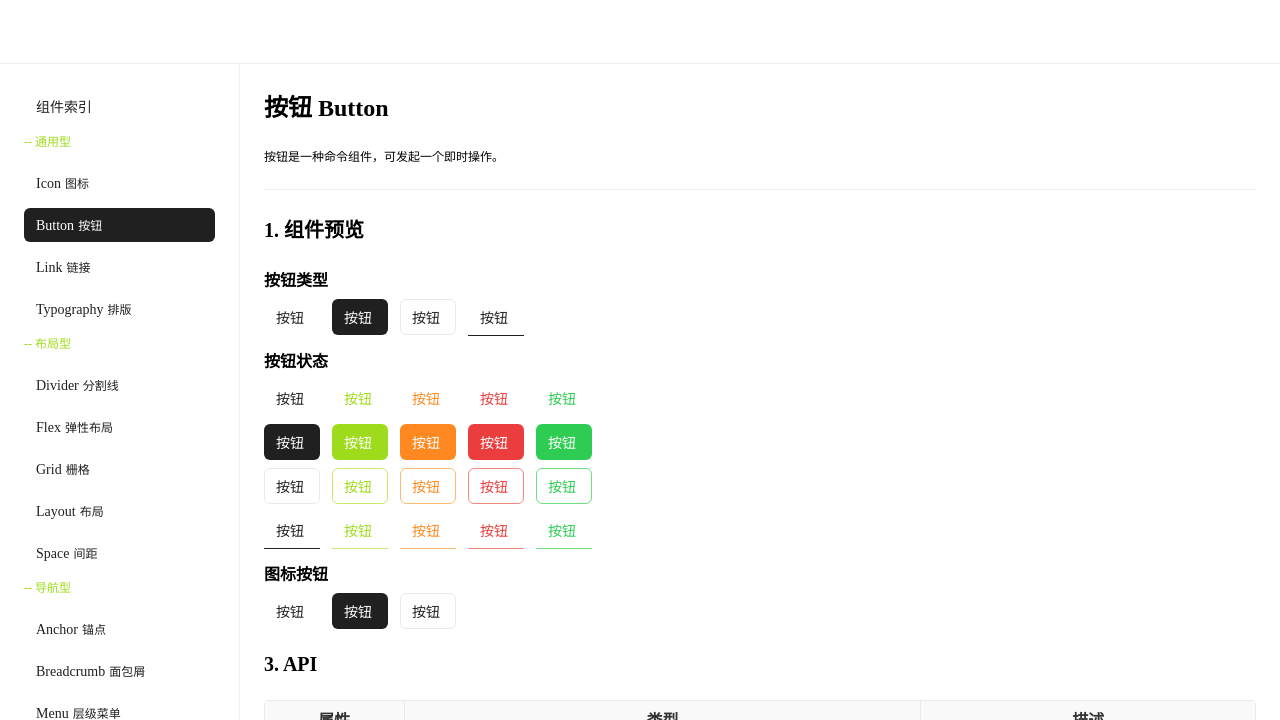
Repository: suminhan007/LandDesign
Page: /
The author's editor kept a copy of each file at every save. The page is drawn from the files as they stood at one save, then again after the next save.
The browser window is 1280 px wide. The pictures show the whole page.
An inner scrolling area shows only its first screen. The project was rebuilt for these pictures with package versions that can differ from the ones it lists, and the page was loaded fresh each time. Also part of the build but not shown: vite.config.ts, packages/Pop.tsx, example/components/ComponentPreview.tsx, packages/Icon.tsx, example/components/IconExample.tsx.

Above is the page before, as saved 2024-03-17 19:04:27.

After the next save:
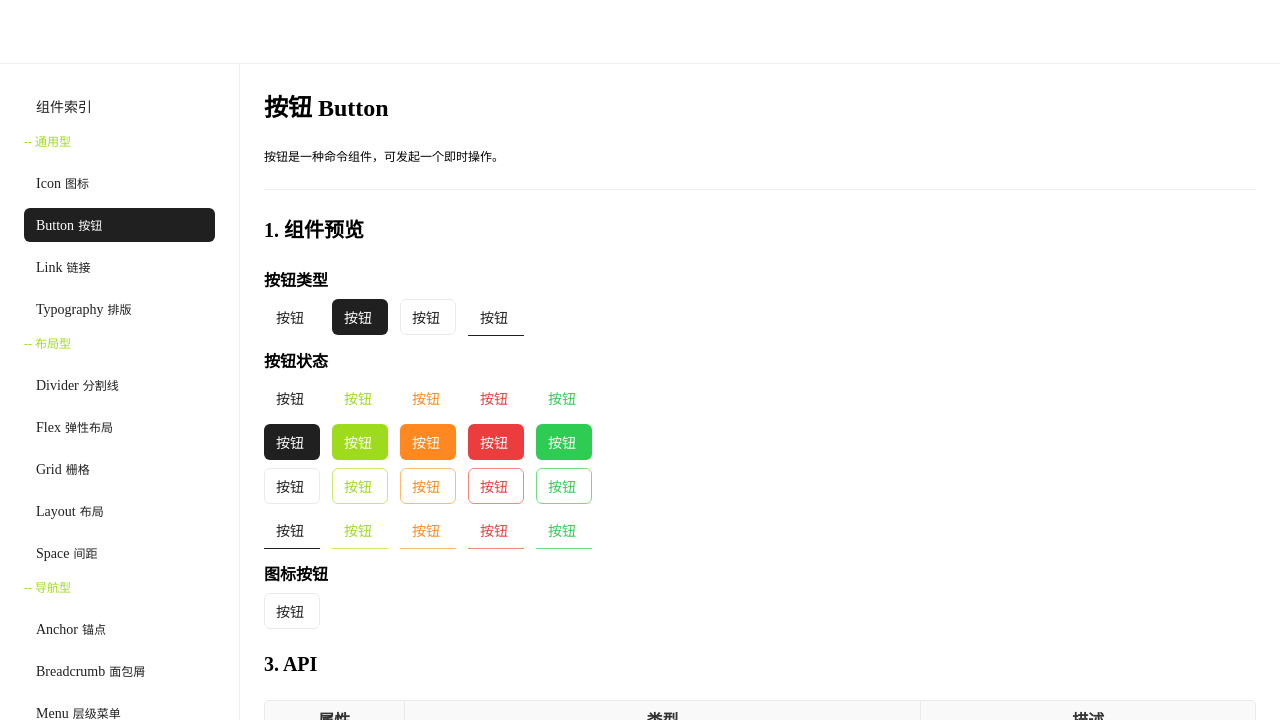
Saved 5 s later.
--- a/example/components/ButtonExample.tsx
+++ b/example/components/ButtonExample.tsx
@@ -50,8 +50,6 @@ export default function ButtonExample() {
       <div className='flex column gap-8'>
         <Title title='图标按钮' type='h3' />
           <div className='flex gap-12'>
-            <Button text='按钮' type='text' />
-            <Button text='按钮' type='background' />
             <Button text='按钮' type='border' />
           </div>
       </div>
